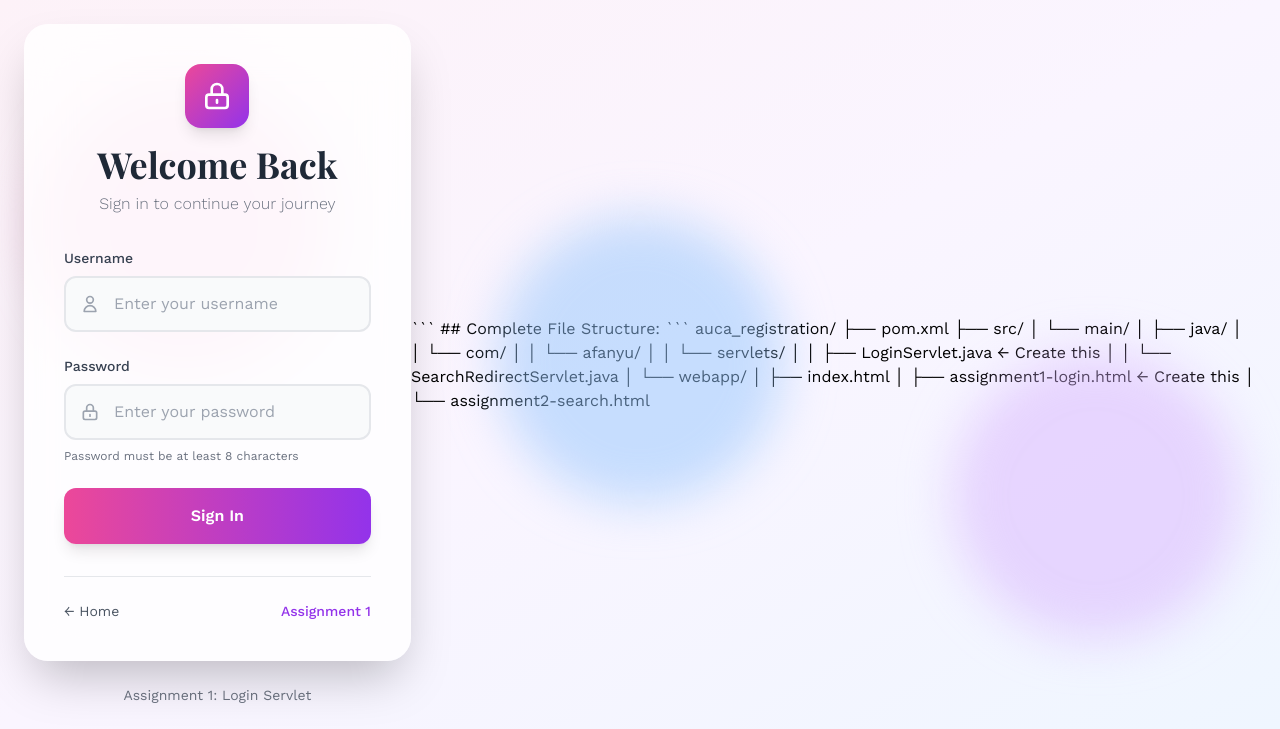
Repository: NuyuIkirezi/web-tech-ass2
Page: src/main/webapp/assignment1-login.html
These files come from the project's save history. The page is drawn as it stood at one moment and after the next save; the edit follows.
The browser window is 1280 px wide. The pictures show the whole page.
Some web libraries are served in a nearby version.

Above is the page before, as saved 2026-02-02 12:54:43.

### src/main/webapp/assignment1-login.html
<!DOCTYPE html>
<html lang="en">
<head>
    <meta charset="UTF-8">
    <meta name="viewport" content="width=device-width, initial-scale=1.0">
    <title>Login - Assignment 1</title>
    <script src="https://cdn.tailwindcss.com"></script>
    <link rel="preconnect" href="https://fonts.googleapis.com">
    <link rel="preconnect" href="https://fonts.gstatic.com" crossorigin>
    <link href="https://fonts.googleapis.com/css2?family=Playfair+Display:wght@700;900&family=Work+Sans:wght@300;400;500;600&display=swap" rel="stylesheet">
    <style>
        body {
            font-family: 'Work Sans', sans-serif;
        }
        h1, h2 {
            font-family: 'Playfair Display', serif;
        }
        .gradient-border {
            background: linear-gradient(white, white) padding-box,
                        linear-gradient(135deg, #ec4899, #8b5cf6) border-box;
            border: 2px solid transparent;
        }
    </style>
</head>
<body class="min-h-screen bg-gradient-to-br from-pink-50 via-purple-50 to-blue-50 flex items-center justify-center p-6">

    <!-- Animated background elements -->
    <div class="fixed inset-0 overflow-hidden pointer-events-none">
        <div class="absolute top-20 left-10 w-72 h-72 bg-pink-300 rounded-full mix-blend-multiply filter blur-xl opacity-20 animate-pulse"></div>
        <div class="absolute bottom-20 right-10 w-72 h-72 bg-purple-300 rounded-full mix-blend-multiply filter blur-xl opacity-20 animate-pulse delay-700"></div>
        <div class="absolute top-1/2 left-1/2 transform -translate-x-1/2 -translate-y-1/2 w-72 h-72 bg-blue-300 rounded-full mix-blend-multiply filter blur-xl opacity-20 animate-pulse delay-500"></div>
    </div>

    <div class="relative w-full max-w-md">
        <!-- Main login card -->
        <div class="bg-white/80 backdrop-blur-xl rounded-3xl shadow-2xl p-8 md:p-10 transform transition-all duration-500 hover:shadow-pink-200/50">

            <!-- Header -->
            <div class="text-center mb-8">
                <div class="inline-flex items-center justify-center w-16 h-16 bg-gradient-to-br from-pink-500 to-purple-600 rounded-2xl mb-4 shadow-lg">
                    <svg class="w-8 h-8 text-white" fill="none" stroke="currentColor" viewBox="0 0 24 24">
                        <path stroke-linecap="round" stroke-linejoin="round" stroke-width="2" d="M12 15v2m-6 4h12a2 2 0 002-2v-6a2 2 0 00-2-2H6a2 2 0 00-2 2v6a2 2 0 002 2zm10-10V7a4 4 0 00-8 0v4h8z"/>
                    </svg>
                </div>
                <h1 class="text-4xl font-bold text-gray-800 mb-2">Welcome Back</h1>
                <p class="text-gray-500 font-light">Sign in to continue your journey</p>
            </div>

            <!-- Login Form -->
            <form action="LoginServlet" method="post" class="space-y-6">

                <!-- Username Field -->
                <div class="group">
                    <label for="username" class="block text-sm font-medium text-gray-700 mb-2 transition-colors group-focus-within:text-purple-600">
                        Username
                    </label>
                    <div class="relative">
                        <div class="absolute inset-y-0 left-0 pl-4 flex items-center pointer-events-none">
                            <svg class="h-5 w-5 text-gray-400 group-focus-within:text-purple-500 transition-colors" fill="none" stroke="currentColor" viewBox="0 0 24 24">
                                <path stroke-linecap="round" stroke-linejoin="round" stroke-width="2" d="M16 7a4 4 0 11-8 0 4 4 0 018 0zM12 14a7 7 0 00-7 7h14a7 7 0 00-7-7z"/>
                            </svg>
                        </div>
                        <input
                            type="text"
                            id="username"
                            name="username"
                            required
                            class="w-full pl-12 pr-4 py-3.5 bg-gray-50 border-2 border-gray-200 rounded-xl text-gray-900 placeholder-gray-400 focus:outline-none focus:border-purple-500 focus:bg-white transition-all duration-200"
                            placeholder="Enter your username"
                        >
                    </div>
                </div>

                <!-- Password Field -->
                <div class="group">
                    <label for="password" class="block text-sm font-medium text-gray-700 mb-2 transition-colors group-focus-within:text-purple-600">
                        Password
                    </label>
                    <div class="relative">
                        <div class="absolute inset-y-0 left-0 pl-4 flex items-center pointer-events-none">
                            <svg class="h-5 w-5 text-gray-400 group-focus-within:text-purple-500 transition-colors" fill="none" stroke="currentColor" viewBox="0 0 24 24">
                                <path stroke-linecap="round" stroke-linejoin="round" stroke-width="2" d="M12 15v2m-6 4h12a2 2 0 002-2v-6a2 2 0 00-2-2H6a2 2 0 00-2 2v6a2 2 0 002 2zm10-10V7a4 4 0 00-8 0v4h8z"/>
                            </svg>
                        </div>
                        <input
                            type="password"
                            id="password"
                            name="password"
                            required
                            class="w-full pl-12 pr-4 py-3.5 bg-gray-50 border-2 border-gray-200 rounded-xl text-gray-900 placeholder-gray-400 focus:outline-none focus:border-purple-500 focus:bg-white transition-all duration-200"
                            placeholder="Enter your password"
                        >
                    </div>
                    <p class="mt-2 text-xs text-gray-500">Password must be at least 8 characters</p>
                </div>

                <!-- Submit Button -->
                <button
                    type="submit"
                    class="w-full bg-gradient-to-r from-pink-500 to-purple-600 text-white font-semibold py-4 px-6 rounded-xl shadow-lg hover:shadow-xl hover:from-pink-600 hover:to-purple-700 transform transition-all duration-200 hover:scale-[1.02] active:scale-[0.98] focus:outline-none focus:ring-4 focus:ring-purple-300"
                >
                    Sign In
                </button>

            </form>

            <!-- Footer Links -->
            <div class="mt-8 pt-6 border-t border-gray-200">
                <div class="flex items-center justify-between text-sm">
                    <a href="index.html" class="text-gray-600 hover:text-purple-600 transition-colors">← Home</a>
                    <a href="#" class="text-purple-600 hover:text-purple-700 font-medium transition-colors">Assignment 1</a>
                </div>
            </div>

        </div>

        <!-- Decorative element -->
        <div class="mt-6 text-center">
            <p class="text-sm text-gray-500">Assignment 1: Login Servlet</p>
        </div>
    </div>

</body>
</html>
```

## Complete File Structure:
```
auca_registration/
├── pom.xml
├── src/
│   └── main/
│       ├── java/
│       │   └── com/
│       │       └── afanyu/
│       │           └── servlets/
│       │               ├── LoginServlet.java ← Create this
│       │               └── SearchRedirectServlet.java
│       └── webapp/
│           ├── index.html
│           ├── assignment1-login.html ← Create this
│           └── assignment2-search.html

After the next save:
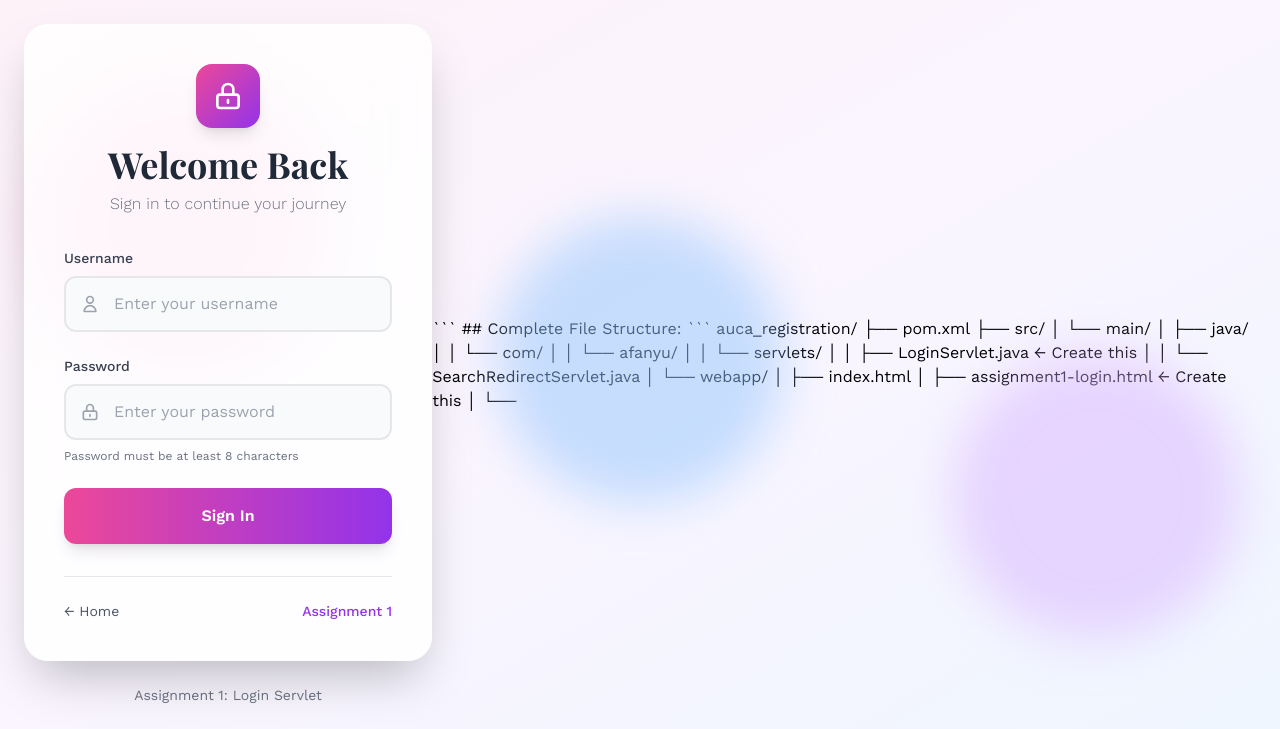
Saved 8 s later.
--- a/src/main/webapp/assignment1-login.html
+++ b/src/main/webapp/assignment1-login.html
@@ -139,4 +139,4 @@ auca_registration/
 │       └── webapp/
 │           ├── index.html
 │           ├── assignment1-login.html ← Create this
-│           └── assignment2-search.html
+│           └──
